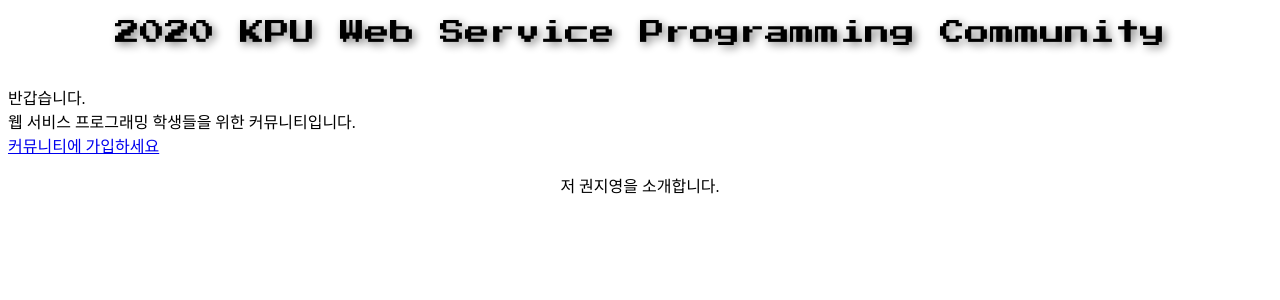
Repository: JiYoung-Kwon/WebProgramming
Page: workspace_20206R/kwonjiyoung_reg/WebContent/welcome.html
An editor plug-in stored every save of this project. The page is shown before and after the next save, followed by the edit.
The browser window is 1280 px wide. The pictures show the whole page.

Above is the page before, as saved 2020-09-28 20:10:20.

### workspace_20206R/kwonjiyoung_reg/WebContent/welcome.html
<!DOCTYPE html>
<html>

<head>
<meta charset="UTF-8">
<title>Web Service Programming Homework</title>
<link rel = "stylesheet" href="resources/register.css" type="text/css"></link>
</head>

<body>
	<header> 2020 KPU Web Service Programming Community </header>

	<audio src="resources/물방울 - Tido Kang.mp3" autoplay>
	</audio>

	<p id=sect>반갑습니다. <br> 웹 서비스 프로그래밍 학생들을 위한 커뮤니티입니다. <br>
		<a href="http://localhost:8080/kwonjiyoung_reg/StudentServlet?cmd=join" target="_self"> 커뮤니티에 가입하세요</a>
	</p>

	<div>
		<p> 저 권지영을 소개합니다. </p>
	</div>
</body>
</html>

### workspace_20206R/kwonjiyoung_reg/WebContent/resources/register.css
@charset "UTF-8";
@import url('https://fonts.googleapis.com/css2?family=Press+Start+2P&display=swap');
	header
	{
		margin : 20px 10px 40px 10px;
		font-family: 'Press Start 2P', cursive;
		font-size: 25px;
		text-shadow: 3px 3px 8px gray;
		text-align: center;
	}
	body{
		color: black;
		font-family: '맑은 고딕', '돋움', '고딕';
	}
	div{
		margin-left: auto;
		margin-right: auto;
		width: 70%;
		text-align: center;
	}
	ul{
		list-style:none;
		text-align:left;
		background-color:#FDF2EE;
		margin-left:20px;
		margin-right: 20px;
		padding-top:20px; padding-bottom:20px;
	}

After the next save:
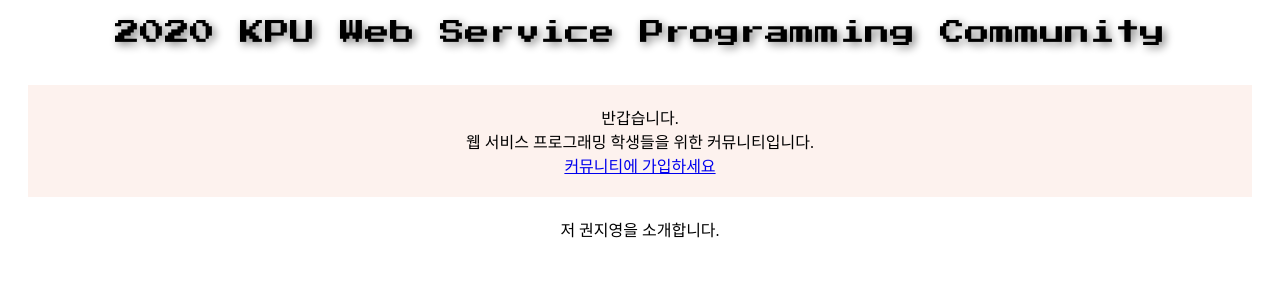
Saved 69 s later.
--- a/workspace_20206R/kwonjiyoung_reg/WebContent/resources/register.css
+++ b/workspace_20206R/kwonjiyoung_reg/WebContent/resources/register.css
@@ -26,3 +26,9 @@
 		margin-right: 20px;
 		padding-top:20px; padding-bottom:20px;
 	}
+	#sect{
+		background-color:#FDF2EE;
+		text-align:center;
+		margin:20px;
+		padding:20px;
+	}
